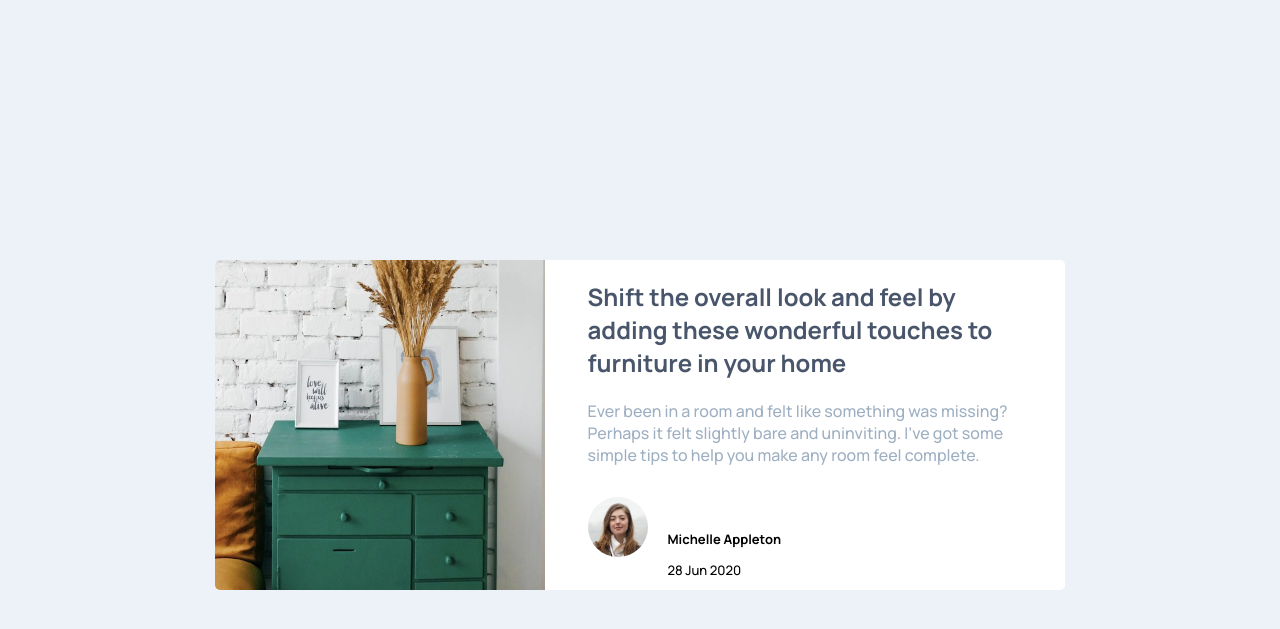
Repository: ricky603/training-css
Page: article-preview-component-master/index.html
These files come from the project's save history. The page is drawn as it stood at one moment and after the next save; the edit follows.
The browser window is 1280 px wide. The pictures show the whole page.

Above is the page before, as saved 2020-09-09 09:32:09.

After the next save:
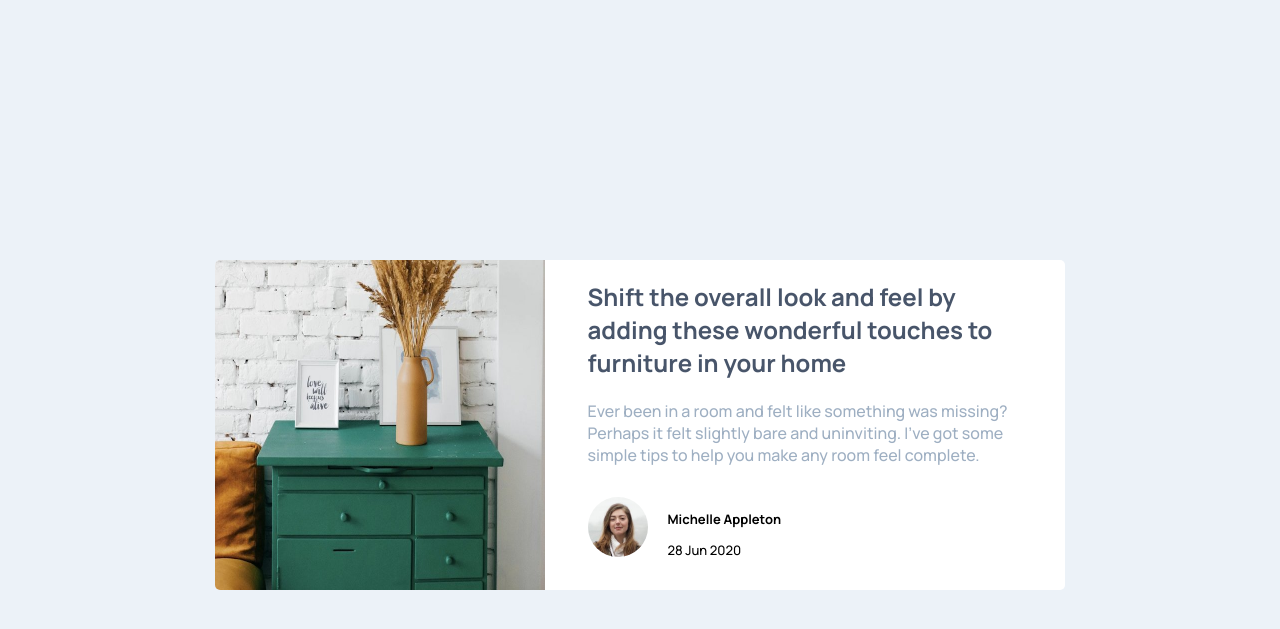
Saved 18 s later.
--- a/article-preview-component-master/styles.css
+++ b/article-preview-component-master/styles.css
@@ -74,7 +74,7 @@ h2 {
 
 .profile-name {
     width: 200px;
-    padding: 10%;
+    padding-bottom: 10px;
 }
 
 .name {
